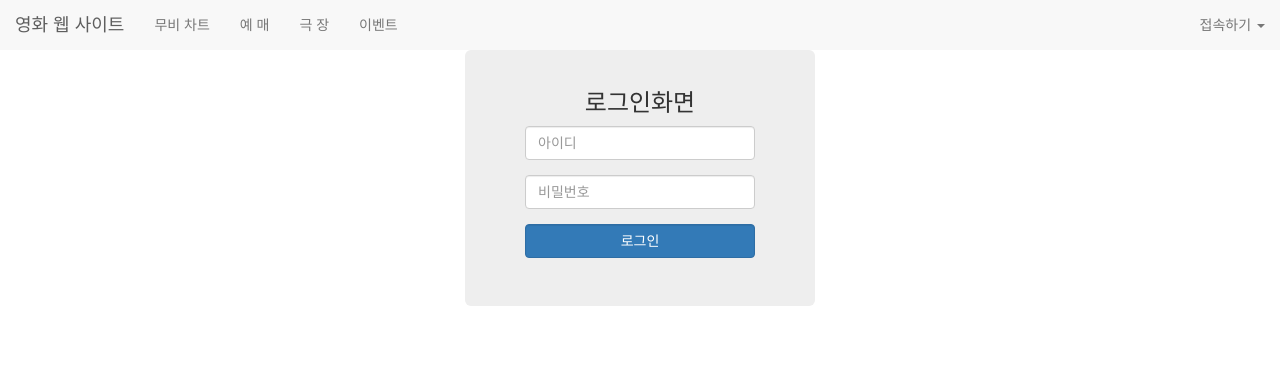
Repository: Gotaemin/java
Page: http://localhost/BBS/login.jsp
These files come from the project's save history. The page is drawn as it stood at one moment and after the next save; the edit follows.
The browser window is 1280 px wide. The pictures show the whole page.
Some web libraries are served in a nearby version. The page is served by Tomcat 9.

Above is the page before, as saved 2020-03-04 09:30:32.

After the next save:
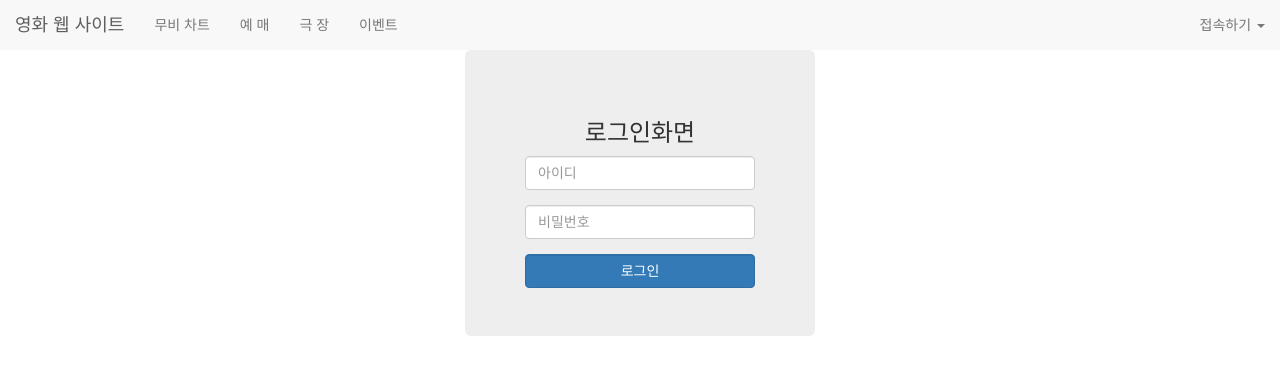
Saved 20 s later.
--- a/BBS/BBS/WebContent/login.jsp
+++ b/BBS/BBS/WebContent/login.jsp
@@ -59,7 +59,7 @@
 	<div class="container">
 		<div class="col-lg-4"></div>
 		<div class="col-lg-4">
-			<div class="jumbotron" style="padding-top:20px;">
+			<div class="jumbotron" style="padding-top:50px;">
 				<form method="post" action ="loginAction.jsp">
 					<h3 style="text-align:center;">로그인화면</h3>
 					<div class="form-group">

After the save that followed:
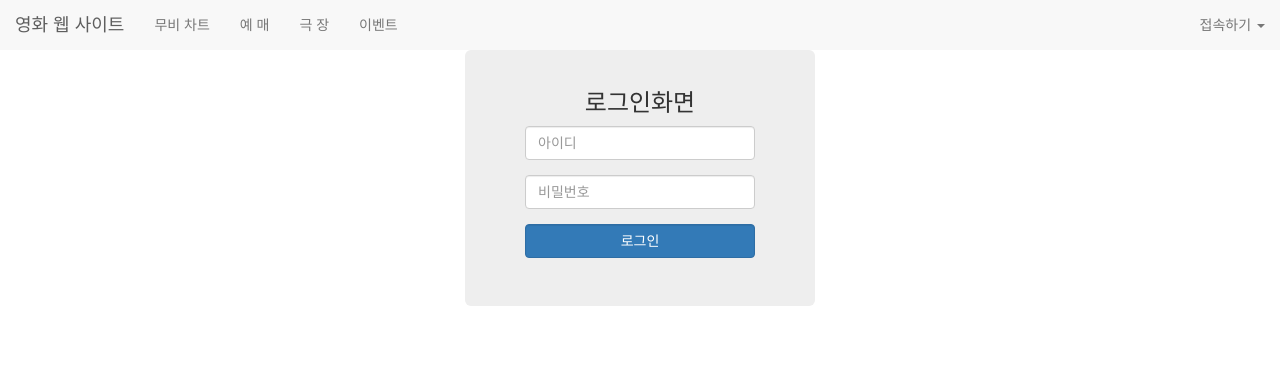
Saved 12 s later.
--- a/BBS/BBS/WebContent/login.jsp
+++ b/BBS/BBS/WebContent/login.jsp
@@ -59,7 +59,7 @@
 	<div class="container">
 		<div class="col-lg-4"></div>
 		<div class="col-lg-4">
-			<div class="jumbotron" style="padding-top:50px;">
+			<div class="jumbotron" style="padding-top:20px;">
 				<form method="post" action ="loginAction.jsp">
 					<h3 style="text-align:center;">로그인화면</h3>
 					<div class="form-group">
